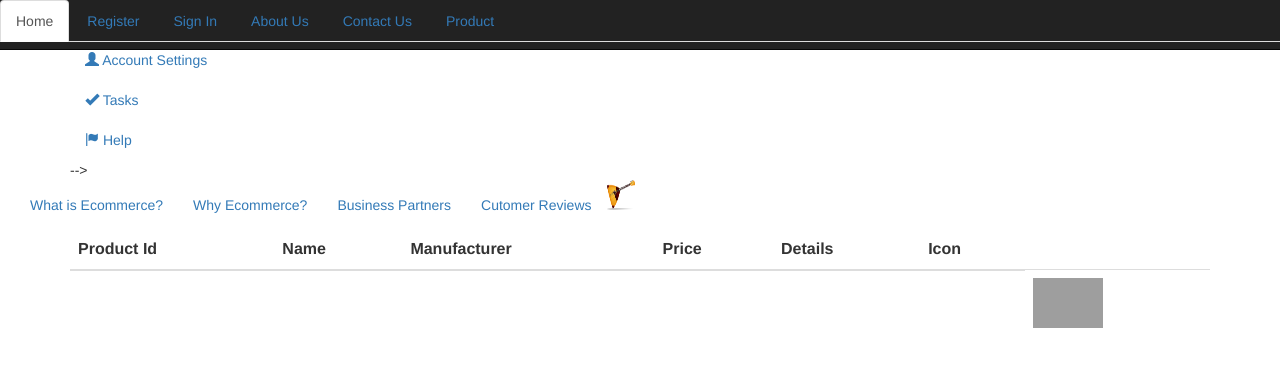
Repository: aradhana15/myFinalRepository
Page: http://localhost/music/WEB-INF/views/productDesc.jsp
These files come from the project's save history. The page is drawn as it stood at one moment and after the next save; the edit follows.
The browser window is 1280 px wide. The pictures show the whole page.
The page is served by Tomcat 9. Nobody is signed in. Other server files are loaded and not shown. The template is opened directly, without the code that normally fills it, so the values that code supplies are empty.

Above is the page before, as saved 2016-04-23 12:21:10.
Console error (its wording comes from the project's code and is left out).

### wwf/music/src/main/webapp/WEB-INF/views/productDesc.jsp
<%@include file="header.jsp"%>
<html>
	<body>
		<div class="container">
  <!-- <h2>Product Details</h2>
  <p>Here are the new products available in this site...</p>      -->
  <div class="table-responsive">
  <table class="table table-hover">
    <thead>
      <tr>
        <th>Product Id</th>
        <th>Name</th>
        <th>Manufacturer</th>
        <th>Price</th>
        <th>Details</th>
        <th>Icon</th>
      </tr>
    </thead>
    <tbody>
	      <tr>
        <td>${data.id}</td>
        <td>${data.name}</td>
        <td>${data.manufacturer}</td>
        <td>${data.price}</td>
        <td>${data.desc}</td>
        <td>${data.image}</td>
        <td><img src="<c:url value='${data.image}'/>" height="50px" width="70px"/></td>
      </tr>
      </tbody>
  </table>
  </div>
</div>



	</body>
</html>

### wwf/music/src/main/webapp/WEB-INF/views/header.jsp

<meta name="viewport" content="width=device-width, initial-scale=1">
<link rel="stylesheet"
	href="http://maxcdn.bootstrapcdn.com/bootstrap/3.3.6/css/bootstrap.min.css">
<script
	src="http://maxcdn.bootstrapcdn.com/bootstrap/3.3.6/js/bootstrap.min.js"></script>
<%@taglib prefix="spr" uri="http://www.springframework.org/tags"%>
<%@taglib prefix="c" uri="http://java.sun.com/jsp/jstl/core"%>


<div class="container">
<div class="profile-usermenu">
                                <ul class="nav">
                                    <li class="active">
                                        <a href="#">
                                            <i class="glyphicon glyphicon-home"></i> Overview </a>
                                    </li>
                                    <li>
                                        <a href="#">
                                            <i class="glyphicon glyphicon-user"></i> Account Settings </a>
                                    </li>
                                    <li>
                                        <a href="#" target="_blank">
                                            <i class="glyphicon glyphicon-ok"></i> Tasks </a>
                                    </li>
                                    <li>
                                        <a href="#">
                                            <i class="glyphicon glyphicon-flag"></i> Help </a>
                                    </li>
                                </ul>
                            </div>
 <!--  <div class="nav nav-pills">
          <button type="button" class="navbar-toggle" data-toggle="collapse" data-target=".navbar-collapse">
            <span class="sr-only">Toggle navigation</span>
            <span class="icon-bar"></span>
            <span class="icon-bar"></span>
            <span class="icon-bar"></span>
          </button>
           <!--  <a class="navbar-brand" href="#"> -->
         <!-- <img src="./resources/images/guitar.jpg/50/50/"/> --></a> -->
        </div>
        <div class="collapse navbar-collapse">
        <div class="nav navbar-nav">

            <li class="active"><a href="whatecomm">What is Ecommerce?</a></li>
            <li><a href="yecomm">Why Ecommerce?</a></li>
            <li><a href="businessparter">Business Partners</a></li>
            <li><a href="custreview">Cutomer Reviews</a></li>
            <li><img src="<c:url value='/resources/images/guitar.jpg'/>" alt="ho ja" width="30px" height="30px"/>


        </div>
      </div>




<div class="navbar navbar-inverse navbar-fixed-top" role="navigation">


		<div class="nav nav-tabs">
			<li class="active"><a href="house">Home</a></li>
			<li><a href="register">Register</a></li>
			<!-- if u by deflt make anything acive -->
			<li><a href="sign">Sign In</a></li>
			<li><a href="aboutus">About Us</a></li>
			<li><a href="contactus">Contact Us</a></li>
			<li><a href="product">Product</a></li>


		</div>
	</div>
</div>

After the next save:
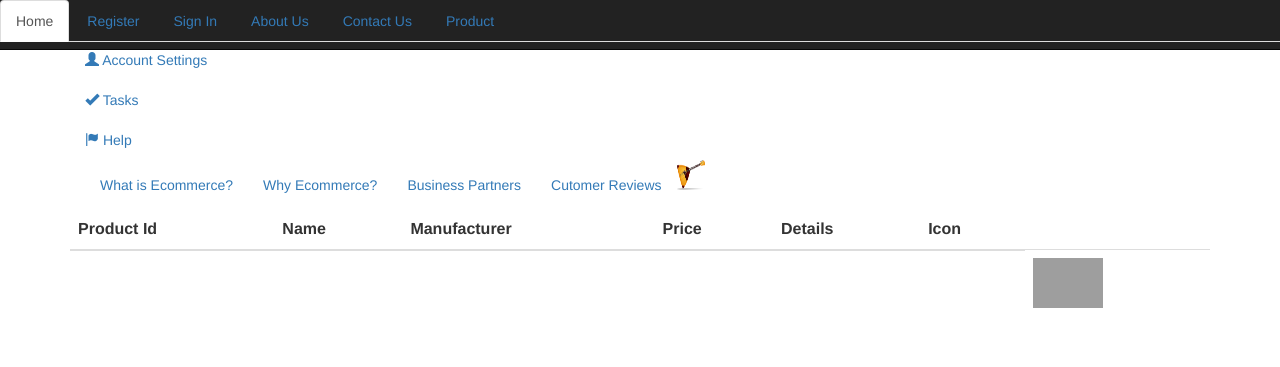
Saved 63 s later.
--- a/wwf/music/src/main/webapp/WEB-INF/views/header.jsp
+++ b/wwf/music/src/main/webapp/WEB-INF/views/header.jsp
@@ -29,7 +29,7 @@
                                     </li>
                                 </ul>
                             </div>
- <!--  <div class="nav nav-pills">
+   <div class="nav nav-pills">
           <button type="button" class="navbar-toggle" data-toggle="collapse" data-target=".navbar-collapse">
             <span class="sr-only">Toggle navigation</span>
             <span class="icon-bar"></span>
@@ -37,7 +37,7 @@
             <span class="icon-bar"></span>
           </button>
            <!--  <a class="navbar-brand" href="#"> -->
-         <!-- <img src="./resources/images/guitar.jpg/50/50/"/> --></a> -->
+         <!-- <img src="./resources/images/guitar.jpg/50/50/"/></a>-->
         </div>
         <div class="collapse navbar-collapse">
         <div class="nav navbar-nav">
